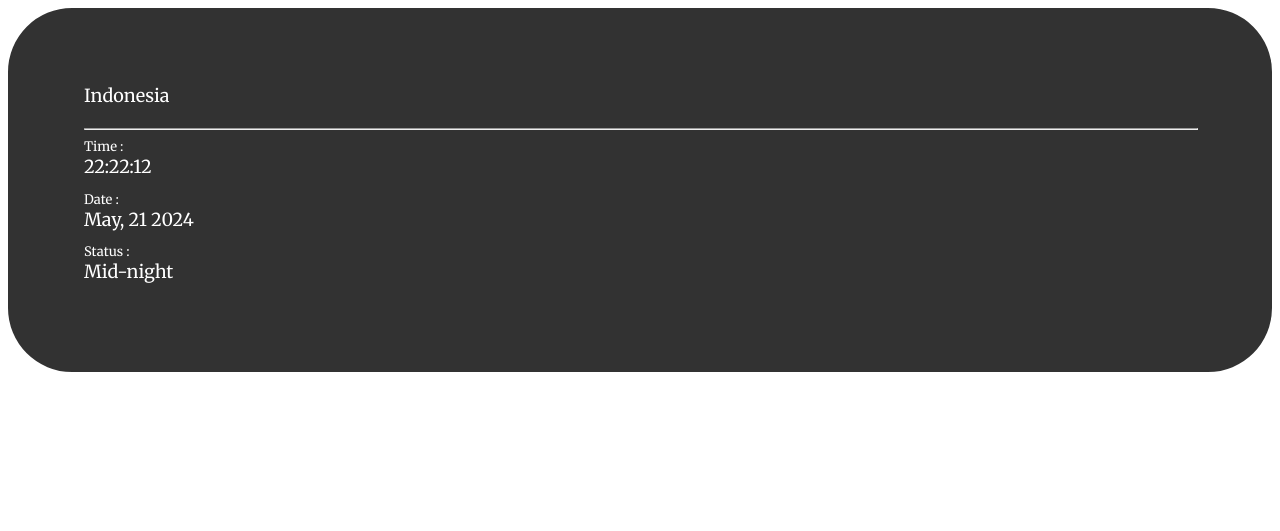
Repository: SnakeXrnt/notion-clock
Page: indonesia.html
The author's editor kept a copy of each file at every save. The page is drawn from the files as they stood at one save, then again after a run of saves.
The browser window is 1280 px wide. The pictures show the whole page.

Above is the page before, as saved 2024-05-21 16:42:35.

After the next 2 saves:
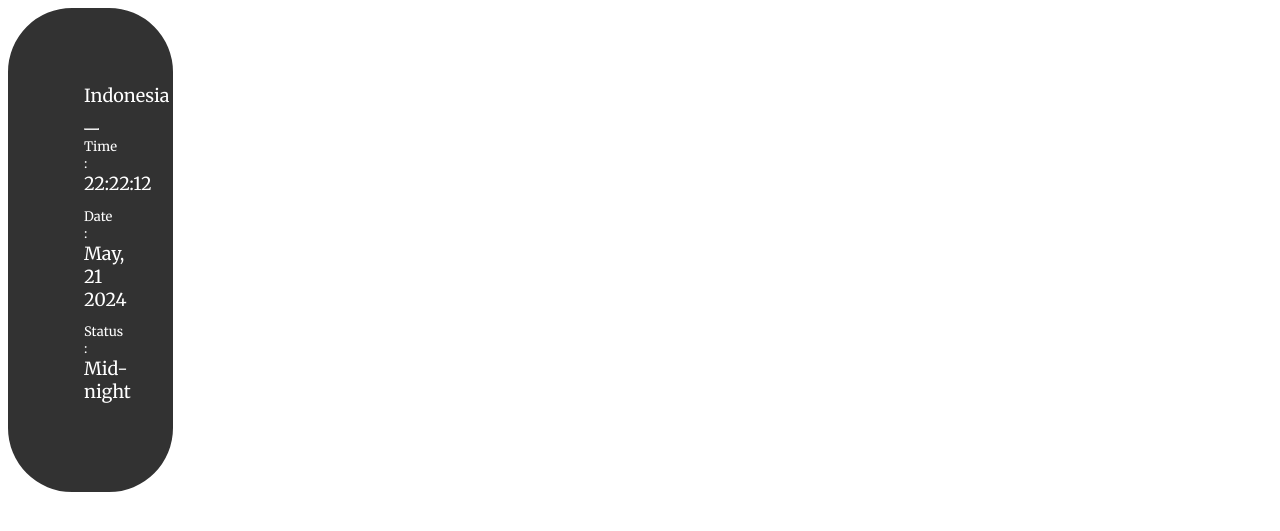
The 2 saves are shown as one change because they came seconds apart.
The last was saved 6 s later.
--- a/indonesia.html
+++ b/indonesia.html
@@ -29,7 +29,7 @@
         .box {
             display: flex;
             flex-direction: column;
-            width: 10;
+            width: 10pt;
             min-height: max-content;
             border: 6vw solid rgb(50, 50, 50);
             background-color: rgb(50, 50, 50);
